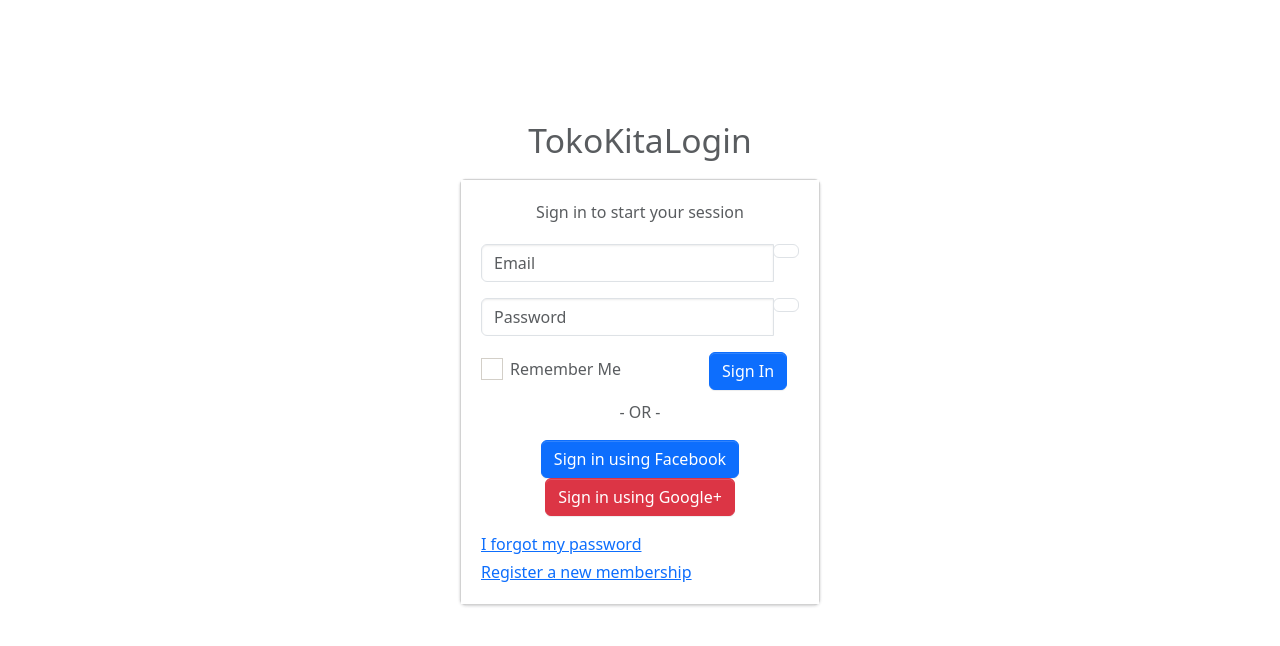
Repository: mufti-1448/Kasir-Toko-Kita-Web
Page: http://localhost/
The author's editor kept a copy of each file at every save. The page is drawn from the files as they stood at one save, then again after the next save.
The browser window is 1280 px wide. The pictures show the whole page.
Some web fonts or font styles are not loaded; a fallback is used. The page is served by the project's Laravel application, run on PHP 8.4 with Laravel 12. Style sheets and scripts are compiled from the project's sources, by tool versions that may differ from the author's.

Above is the page before, as saved 2026-02-03 10:06:48.
Console error: TypeError: Cannot read properties of undefined (reading 'fn')

After the next save:
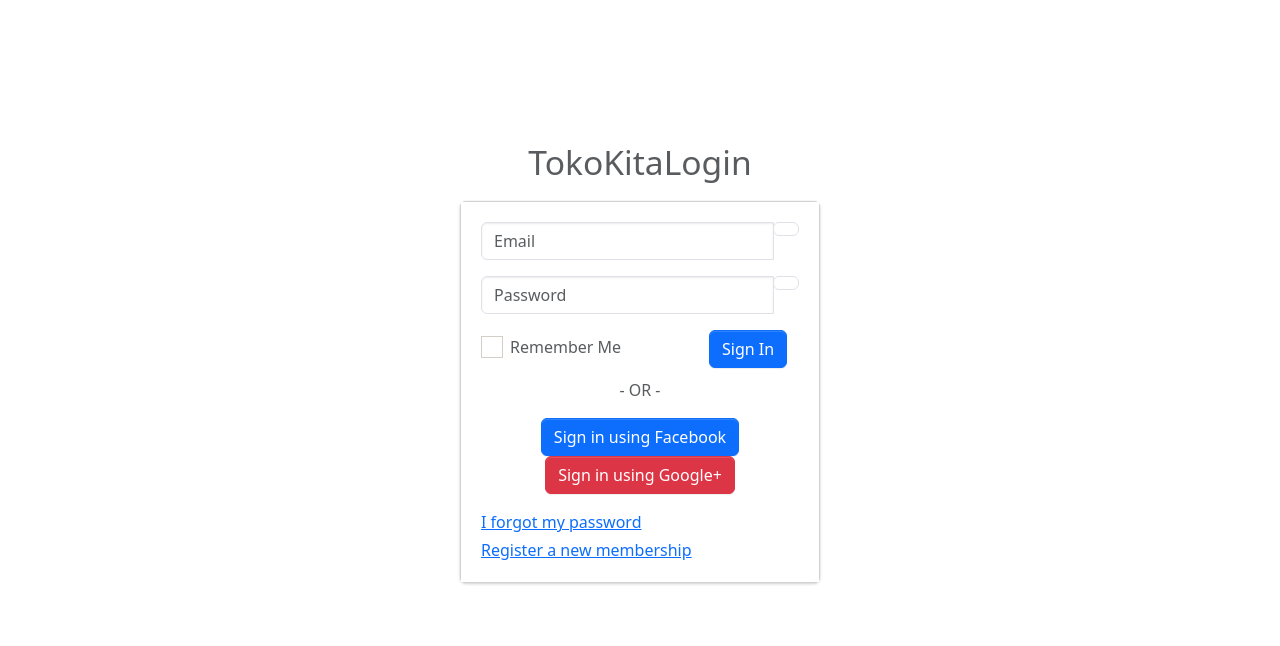
Saved 12 s later.
--- a/resources/views/login/login.blade.php
+++ b/resources/views/login/login.blade.php
@@ -28,8 +28,6 @@
         <!-- /.login-logo -->
         <div class="card">
             <div class="card-body login-card-body">
-                <p class="login-box-msg">Sign in to start your session</p>
-
                 <form action="../../index3.html" method="post">
                     <div class="input-group mb-3">
                         <input type="email" class="form-control" placeholder="Email">

After the save that followed:
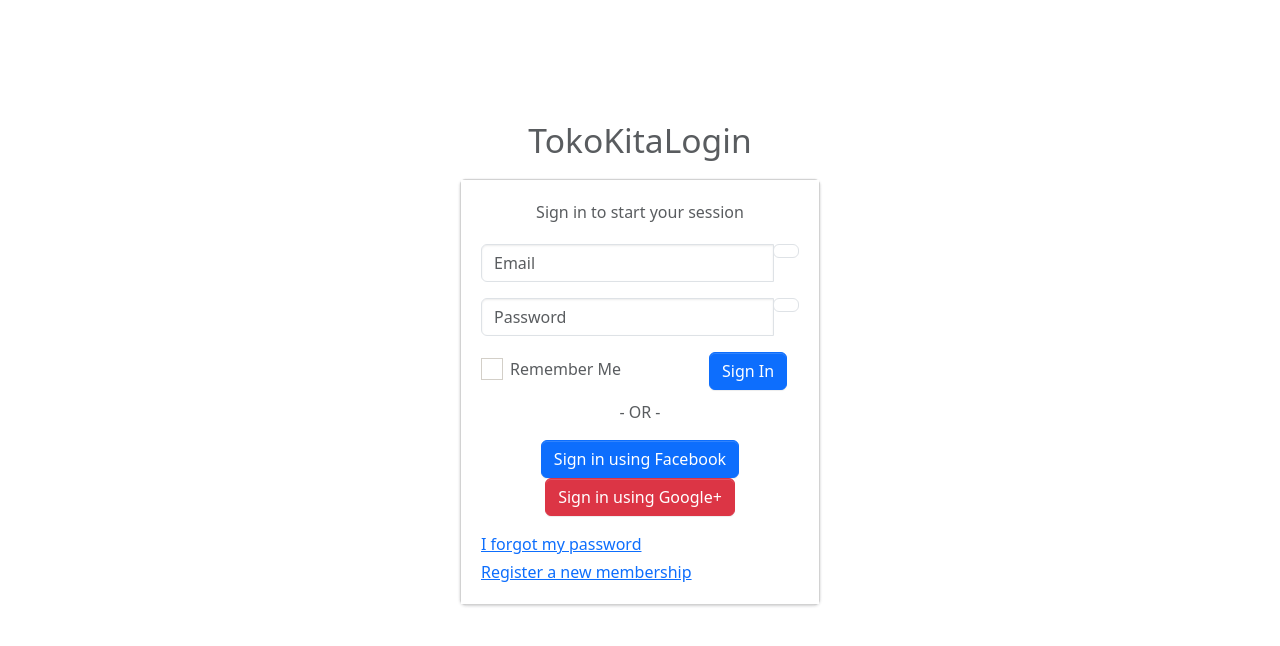
Saved 9 s later.
--- a/resources/views/login/login.blade.php
+++ b/resources/views/login/login.blade.php
@@ -28,6 +28,8 @@
         <!-- /.login-logo -->
         <div class="card">
             <div class="card-body login-card-body">
+                <p class="login-box-msg">Sign in to start your session</p>
+
                 <form action="../../index3.html" method="post">
                     <div class="input-group mb-3">
                         <input type="email" class="form-control" placeholder="Email">
